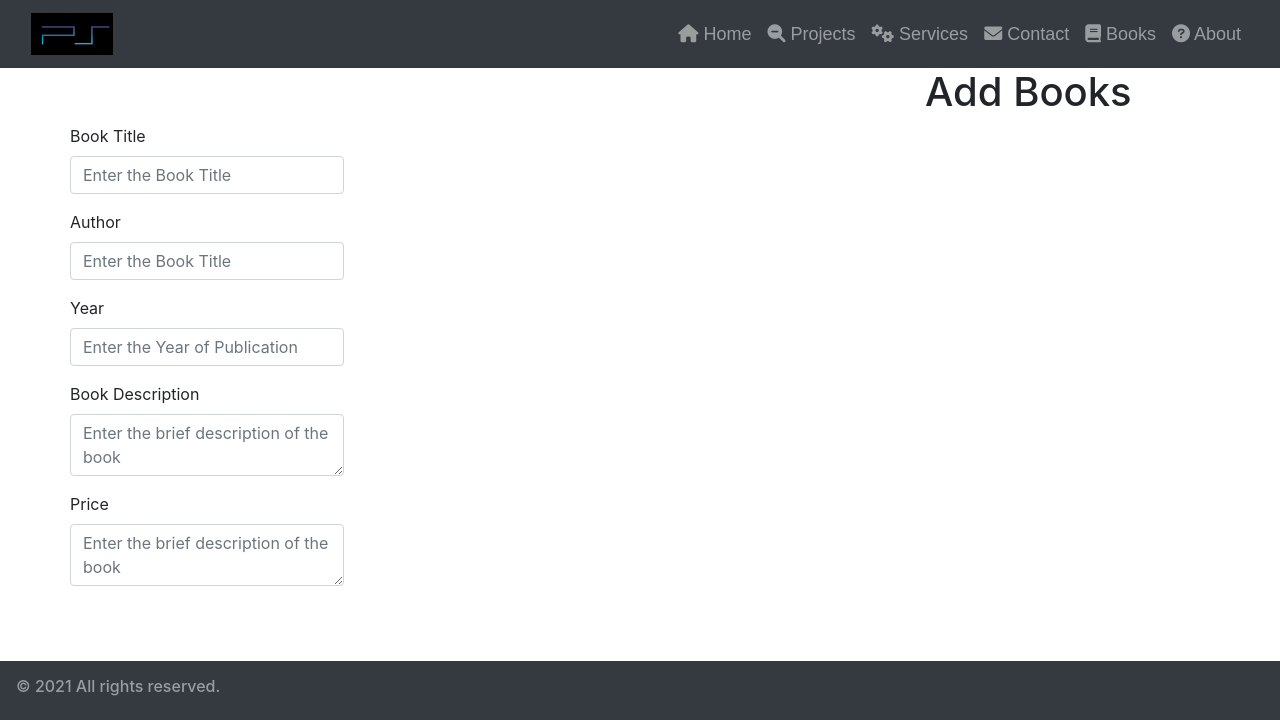
Repository: ParambirParambir/Assignment02
Page: http://localhost/book-list/add
The author's editor kept a copy of each file at every save. The page is drawn from the files as they stood at one save, then again after the next save.
The browser window is 1280 px wide. The pictures show the whole page.
Some web libraries are served in a nearby version. The page is served by the project's Node server (server/config/app.js).

Above is the page before, as saved 2021-10-21 19:43:06.

After the next save:
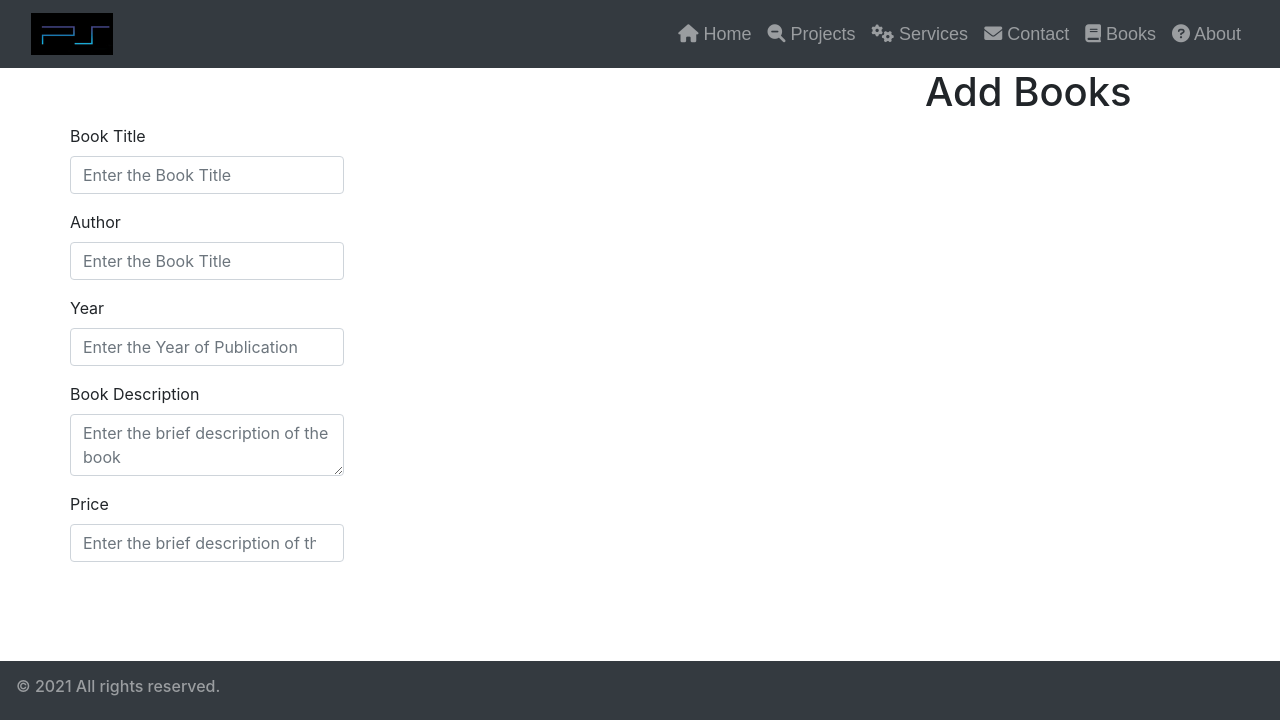
Saved 22 s later.
--- a/server/views/book/add.ejs
+++ b/server/views/book/add.ejs
@@ -31,7 +31,7 @@
 
             <div class="form-group">
                 <label for="priceTextField">Price</label>
-                <textarea type="text" class="form-control" id="priceTextField" placeholder="Enter the brief description of the book" name="name" required></textarea>
+                <input type="number" class="form-control" id="priceTextField" placeholder="Enter the brief description of the book" name="name" required>
             </div>
 
 
